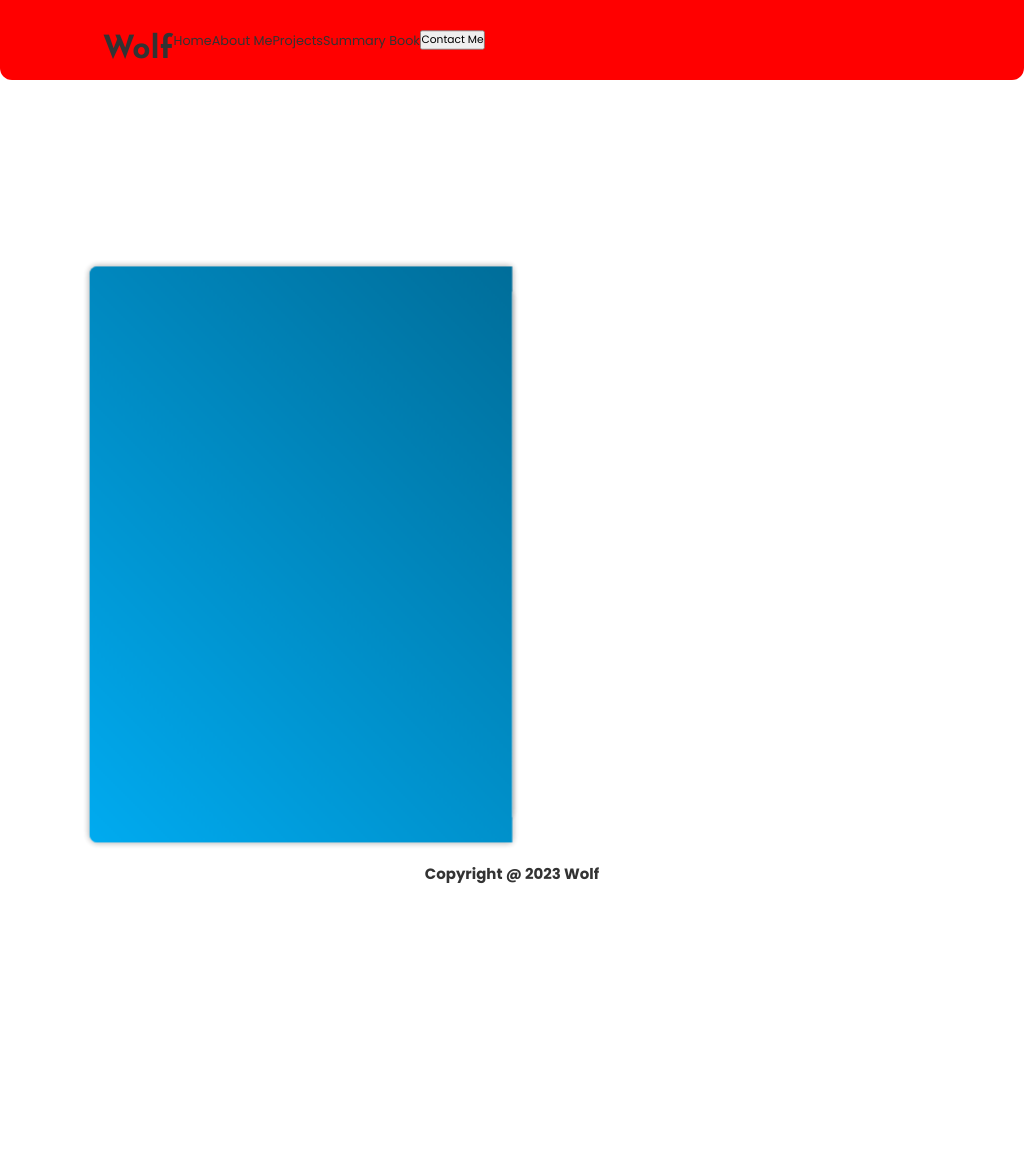
Repository: Ego-Wolf/Portfolio
Page: index.html
The author's editor kept a copy of each file at every save. The page is drawn from the files as they stood at one save, then again after the next save.
The browser window is 1280 px wide. The pictures show the whole page, at 80% of full size.
Pictures or frames that could not be fetched are drawn as grey boxes.

Above is the page before, as saved 2023-12-14 16:24:36.

After the next save:
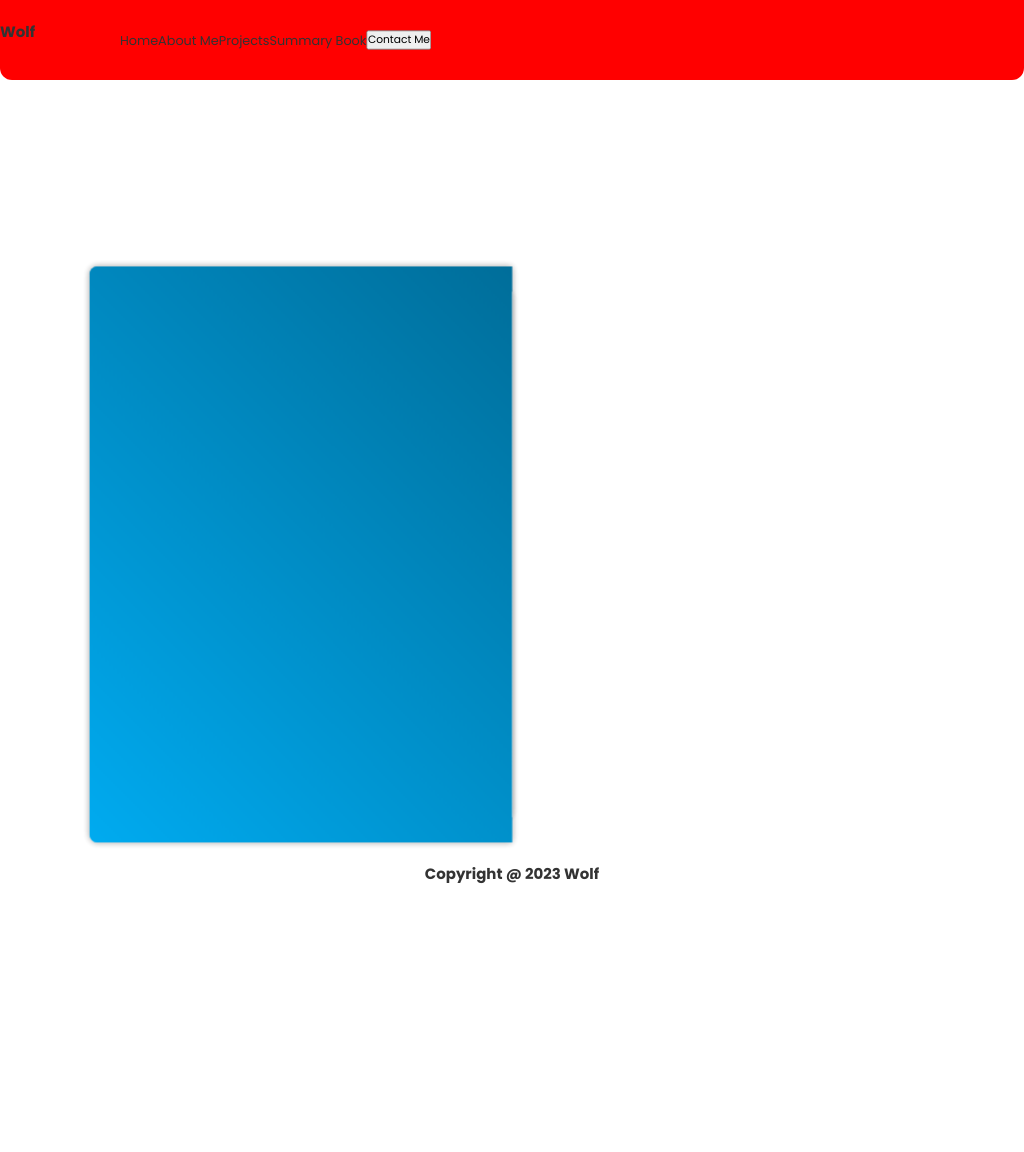
Saved 4 min 54 s later.
--- a/index.html
+++ b/index.html
@@ -17,10 +17,10 @@
     <div class="section">
         <!-- Header -->
         <div class="header">
+            <span>
+                <img src="" alt=""><h3>Wolf</h3>
+            </span>
             <ul>
-                <span>
-                    <img src="" alt=""><h3>Wolf</h3>
-                </span>
                 <li>Home</li>
                 <li>About Me</li>
                 <li>Projects</li>
